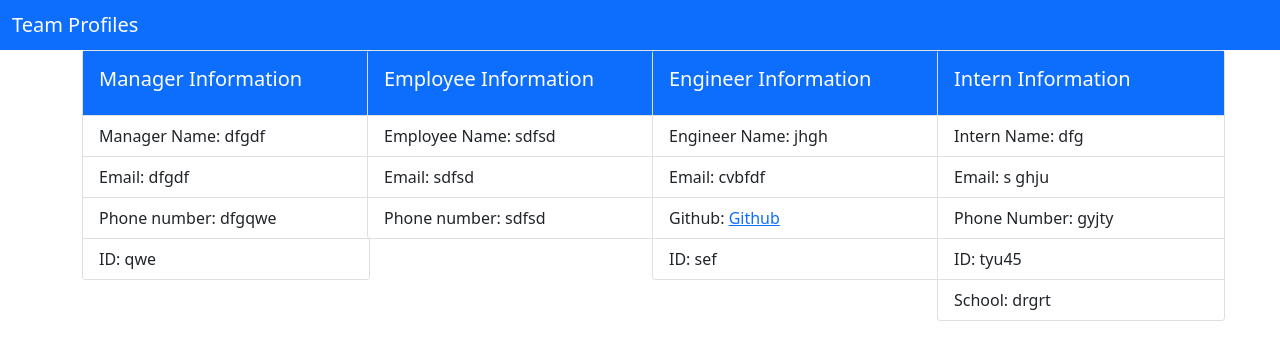
Repository: ward438/Team_Profiles
Page: index.html
These files come from the project's save history. The page is drawn as it stood at one moment and after the next save; the edit follows.
The browser window is 1280 px wide. The pictures show the whole page.

Above is the page before, as saved 2021-04-04 16:53:47.

After the next save:
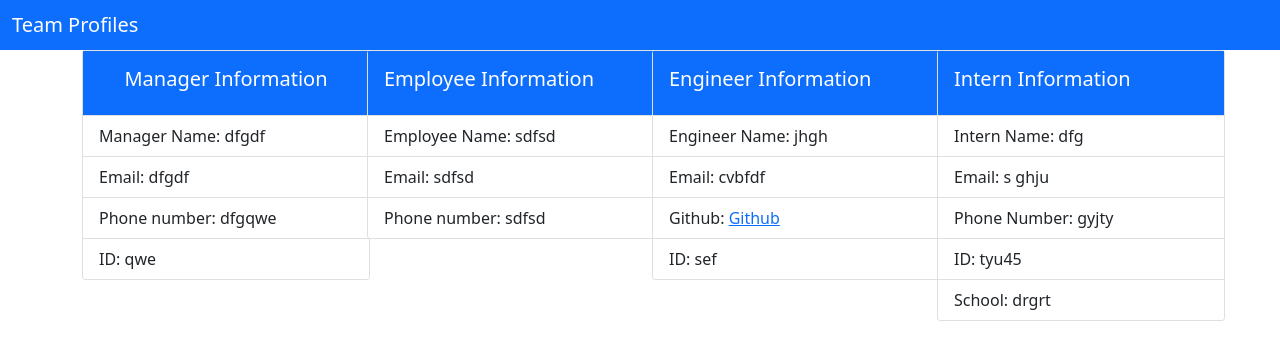
Saved 6 s later.
--- a/index.html
+++ b/index.html
@@ -19,7 +19,9 @@
             <div class="col-3">
                 <div class="card" style="width: 18rem">
                     <div class="card-body bg-primary">
-                        <h5 class="card-title text-white">Manager Information</h5>
+                        <h5 class="card-title text-white" style="text-align: center">
+                            Manager Information
+                        </h5>
                     </div>
                     <ul class="list-group list-group-flush">
                         <li class="list-group-item">Manager Name: dfgdf</li>

After the save that followed:
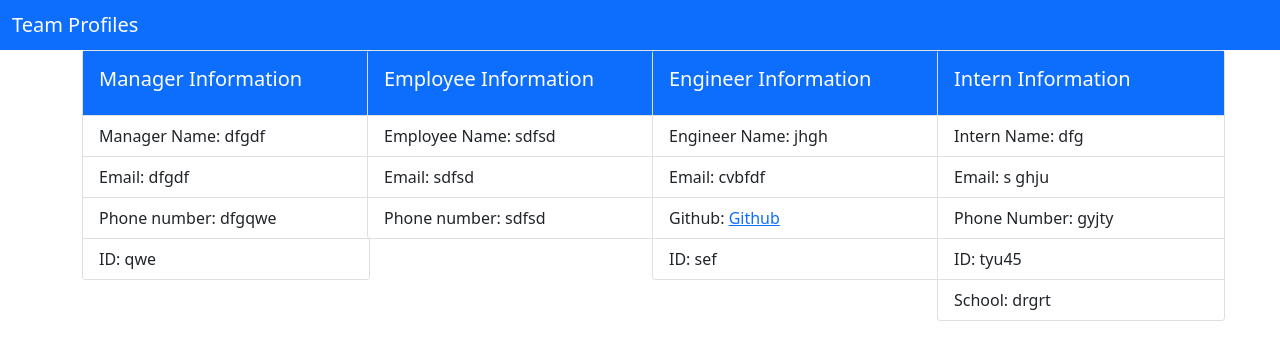
Saved 12 s later.
--- a/index.html
+++ b/index.html
@@ -19,9 +19,7 @@
             <div class="col-3">
                 <div class="card" style="width: 18rem">
                     <div class="card-body bg-primary">
-                        <h5 class="card-title text-white" style="text-align: center">
-                            Manager Information
-                        </h5>
+                        <h5 class="card-title text-white">Manager Information</h5>
                     </div>
                     <ul class="list-group list-group-flush">
                         <li class="list-group-item">Manager Name: dfgdf</li>
